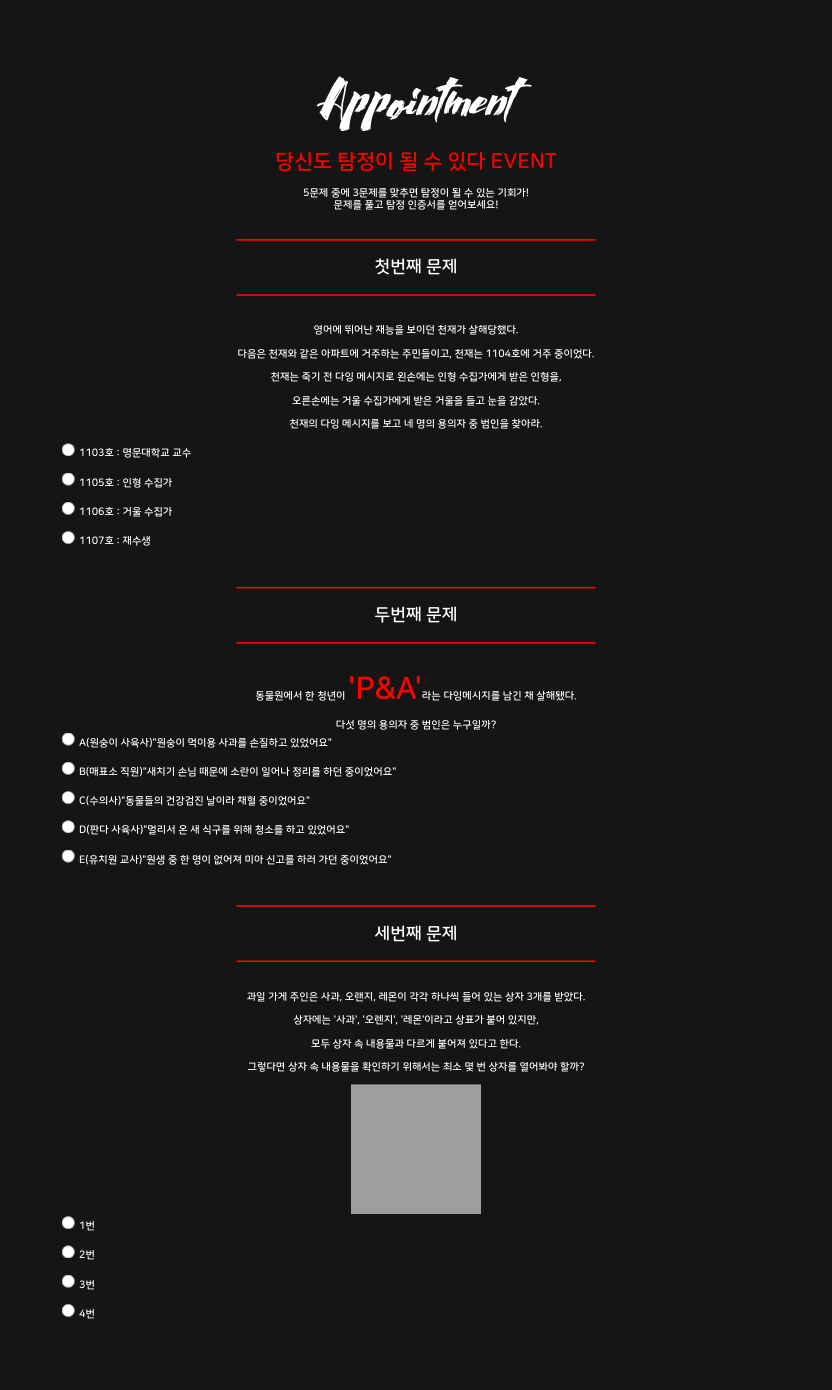
Repository: minkyung0421/Event_Project
Page: http://localhost/Event/letter.jsp
The author's editor kept a copy of each file at every save. The page is drawn from the files as they stood at one save, then again after the next save.
The browser window is 1280 px wide. The pictures show the whole page, at 65% of full size.
Pictures or frames that could not be fetched are drawn as grey boxes. The page is served by Tomcat 9.

Above is the page before, as saved 2018-09-04 17:53:04.

### Event_Project/Event/WebContent/letter.jsp
<%@ page language="java" contentType="text/html; charset=UTF-8"
    pageEncoding="UTF-8"%>
<!DOCTYPE html PUBLIC "-//W3C//DTD HTML 4.01 Transitional//EN" "http://www.w3.org/TR/html4/loose.dtd">
<html>
<head>
<meta http-equiv="Content-Type" content="text/html; charset=UTF-8">
<title>EVENT</title>
</head>
<style>
@font-face{
	font-family: 'Calligraphy Personal Use'; src:url('font/Calligraphy Personal Use.ttf');
}
@font-face{font-family:'NANUMSQUAREROUNDL'; src:url('font/NANUMSQUAREROUNDL.TTF')}
@font-face{font-family:'NANUMSQUAREROUNDB'; src:url('font/NANUMSQUAREROUNDB.TTF')}

body{
	margin:7%;
	padding:0px;
	font-family:'NANUMSQUAREROUNDB';
	background-color: #151515;
	color: white;
}

</style>
<body>
<form action = "letter_result.jsp" method="post" name = "Myform">
<center><div style = "font-family: Calligraphy Personal Use; font-size: 90pt; margin-top:5%">Appointment</div></center>

<center><h1 style = "color:red">당신도 탐정이 될 수 있다 EVENT</h1>
<div style = "color: white;">5문제 중에 3문제를 맞추면 탐정이 될 수 있는 기회가!<br>
문제를 풀고 탐정 인증서를 얻어보세요!</div>
<br><br>
<hr color="red" style = "width: 50%">
<br>
<div style = "font-size: 20pt;">첫번째 문제</div>
<br>
<hr color="red" style = "width: 50%">
<br>
<br>
</center>
<center>
영어에 뛰어난 재능을 보이던 천재가 살해당했다.<br><br>
다음은 천재와 같은 아파트에 거주하는 주민들이고, 천재는 1104호에 거주 중이었다.<br><br>
천재는 죽기 전 다잉 메시지로 왼손에는 인형 수집가에게 받은 인형을,<br><br>
오른손에는 거울 수집가에게 받은 거울을 들고 눈을 감았다.<br><br>
천재의 다잉 메시지를 보고 네 명의 용의자 중 범인을 찾아라.<br><br>
</center>
	<label><input type = "radio" name = "l_quiz1" value = "1" style="width:20px;height:20px;"> 1103호 : 명문대학교 교수</label><br><br>
	<label><input type = "radio" name = "l_quiz1" value = "2" style="width:20px;height:20px;"> 1105호 : 인형 수집가</label><br><br>
	<label><input type = "radio" name = "l_quiz1" value = "3" style="width:20px;height:20px;"> 1106호 : 거울 수집가</label><br><br>
	<label><input type = "radio" name = "l_quiz1" value = "4" style="width:20px;height:20px;"> 1107호 : 재수생</label><br><br>
<center>
<br><br>
<hr color="red" style = "width: 50%; ">
<br>
<div style = "font-size: 20pt;">두번째 문제</div>
<br>
<hr color="red" style = "width: 50%;">
<br>
<br>
동물원에서 한 청년이 <font size="15pt" color="red">'P&A'</font>라는 다잉메시지를 남긴 채 살해됐다.<br><br>
다섯 명의 용의자 중 범인은 누구일까?
</center>
	<label><input type = "radio" name = "l_quiz2" value = "1" style="width:20px;height:20px;"> A(원숭이 사육사)"원숭이 먹이용 사과를 손질하고 있었어요"</label><br><br>
	<label><input type = "radio" name = "l_quiz2" value = "2" style="width:20px;height:20px;"> B(매표소 직원)"새치기 손님 때문에 소란이 일어나 정리를 하던 중이었어요"</label><br><br>
	<label><input type = "radio" name = "l_quiz2" value = "3" style="width:20px;height:20px;"> C(수의사)"동물들의 건강검진 날이라 채혈 중이었어요"</label><br><br>
	<label><input type = "radio" name = "l_quiz2" value = "4" style="width:20px;height:20px;"> D(판다 사육사)"멀리서 온 새 식구를 위해 청소를 하고 있었어요"</label><br><br>
	<label><input type = "radio" name = "l_quiz2" value = "5" style="width:20px;height:20px;"> E(유치원 교사)"원생 중 한 명이 없어져 미아 신고를 하러 가던 중이었어요"</label><br><br>

<center>
<br><br>
<hr color="red" style = "width: 50%; ">
<br>
<div style = "font-size: 20pt;">세번째 문제</div>
<br>
<hr color="red" style = "width: 50%;">
<br>
<br>
과일 가게 주인은 사과, 오랜지, 레몬이 각각 하나씩 들어 있는 상자 3개를 받았다.<br><br>
상자에는 '사과', '오렌지', '레몬'이라고 상표가 붙어 있지만,<br><br>
모두 상자 속 내용물과 다르게 붙어져 있다고 한다.<br><br>
그렇다면 상자 속 내용물을 확인하기 위해서는 최소 몇 번 상자를 열어봐야 할까?<br><br>
<img src = "https://hips.hearstapps.com/hmg-prod.s3.amazonaws.com/images/fresh-fruit-background-1530133222.jpg?resize=480:*" width=200px height="200px">
</center>
	<label><input type = "radio" name = "l_quiz2" value = "1" style="width:20px;height:20px;"> 1번</label><br><br>
	<label><input type = "radio" name = "l_quiz2" value = "2" style="width:20px;height:20px;"> 2번</label><br><br>
	<label><input type = "radio" name = "l_quiz2" value = "3" style="width:20px;height:20px;"> 3번</label><br><br>
	<label><input type = "radio" name = "l_quiz2" value = "4" style="width:20px;height:20px;"> 4번</label><br><br>
</form>
</body>
</html>

After the next save:
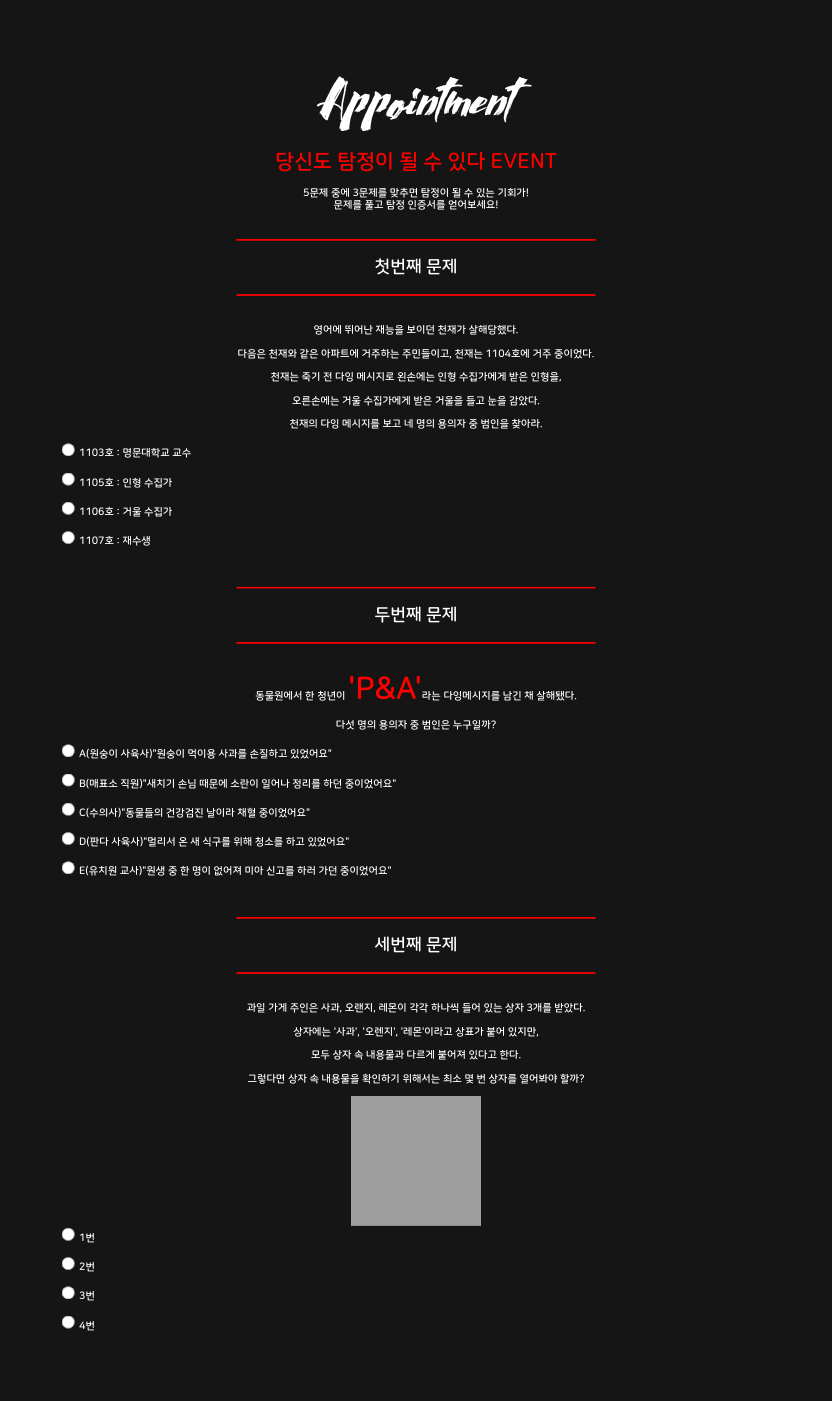
Saved 54 s later.
--- a/Event_Project/Event/WebContent/letter.jsp
+++ b/Event_Project/Event/WebContent/letter.jsp
@@ -58,8 +58,8 @@ body{
 <hr color="red" style = "width: 50%;">
 <br>
 <br>
-동물원에서 한 청년이 <font size="15pt" color="red">'P&A'</font>라는 다잉메시지를 남긴 채 살해됐다.<br><br>
-다섯 명의 용의자 중 범인은 누구일까?
+동물원에서 한 청년이 <font size="13pt" color="red">'P&A'</font>라는 다잉메시지를 남긴 채 살해됐다.<br><br>
+다섯 명의 용의자 중 범인은 누구일까?<br><br>
 </center>
 	<label><input type = "radio" name = "l_quiz2" value = "1" style="width:20px;height:20px;"> A(원숭이 사육사)"원숭이 먹이용 사과를 손질하고 있었어요"</label><br><br>
 	<label><input type = "radio" name = "l_quiz2" value = "2" style="width:20px;height:20px;"> B(매표소 직원)"새치기 손님 때문에 소란이 일어나 정리를 하던 중이었어요"</label><br><br>
